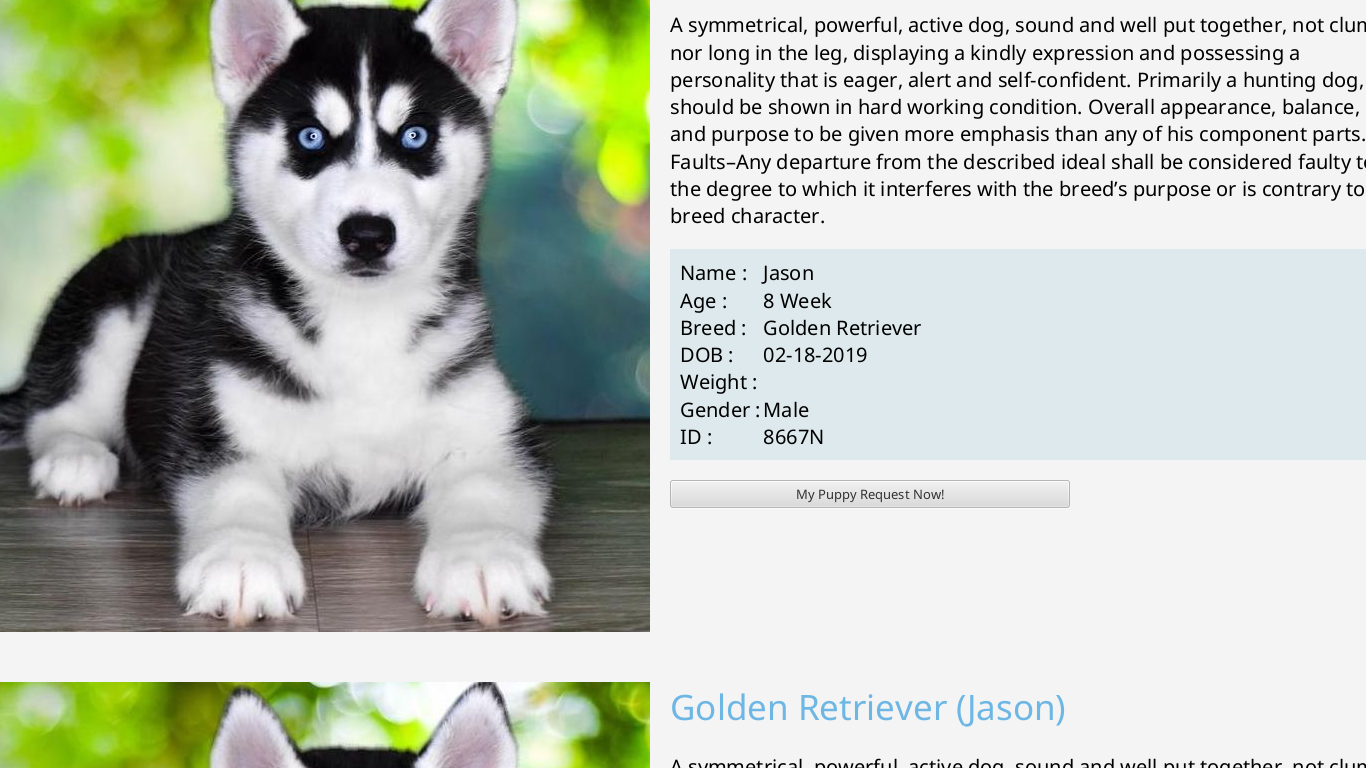
Repository: Cnibungco/CS2450
Program's window: java Assignment4/src/Nursery.java
An editor plug-in stored every save of this project. The program's window is shown before and after a run of saves, followed by the edit.
It runs on Java 21 on a 1366 x 768 screen with JavaFX 11; the title bar is not drawn. Parts beyond the screen are cut off. It also reads Assignment4/Pictures/dog1.jpg, Assignment4/Pictures/dog2.jpg.

Above is the program's window before, as saved 2019-04-28 21:01:25.

### Assignment4/src/Nursery.java
import javafx.application.Application;
import javafx.geometry.Insets;
import javafx.geometry.Pos;
import javafx.scene.Scene;
import javafx.stage.Stage;

import javafx.scene.layout.HBox;
import javafx.scene.layout.VBox;
import javafx.scene.text.Font;
import javafx.scene.text.Text;
import javafx.scene.control.Label;
import javafx.scene.control.ScrollPane;
import javafx.scene.image.Image;
import javafx.scene.image.ImageView;
import javafx.scene.control.Button;


public class Nursery extends Application {

	public static void main(String[] args) {
		// TODO Auto-generated method stub
		launch(args);

	}

	@Override
	public void start(Stage primaryStage) throws Exception {
		// TODO Auto-generated method stub


		Label addressLabel = new Label("24083 SD HWY 50 CHAMBERLAIN, SD, 57325");
		addressLabel.setStyle("-fx-text-fill: white");
		Label emailLabel = new Label("mkwessel@hotmail.com");
		emailLabel.setStyle("-fx-text-fill: white");
		Label phoneLabel = new Label("1-605-680-3097");
		phoneLabel.setStyle("-fx-text-fill: white");

		HBox header1 = new HBox(20, phoneLabel, emailLabel, addressLabel);
		header1.setPadding(new Insets(10));
		header1.setAlignment(Pos.TOP_RIGHT);
		header1.setStyle("-fx-background-color:#7cbcbb");


		Label name1 = new Label("Seberians of");
		name1.setStyle("-fx-font-size:35; -fx-text-fill:#14265b");
		Label name2 = new Label("the Heartland");
		name2.setStyle("-fx-font-size:35; -fx-text-fill:#14265b");
		VBox nameVBox = new VBox(name1, name2);

		Button homeButton = new Button("Home");
		homeButton.setStyle("-fx-text-fill:#14265b");
		Button nurseryButton = new Button("Nursery");
		nurseryButton.setStyle("-fx-text-fill:#14265b");
		Button first8WeeksButton = new Button("First 8 Weeks");
		first8WeeksButton.setStyle("-fx-text-fill:#14265b");
		Button heartlandAdultsButton = new Button("Hearland Adults");
		heartlandAdultsButton.setStyle("-fx-text-fill:#14265b");
		Button adultsForSaleButton = new Button("Adults for Sale");
		adultsForSaleButton.setStyle("-fx-text-fill:#14265b");
		Button puppyGaleeryButton = new Button("Puppy Gallery");
		puppyGaleeryButton.setStyle("-fx-text-fill:#14265b");
		Button kennelsButton = new Button("Kennels");
		kennelsButton.setStyle("-fx-text-fill:#14265b");
		Button ranchHistoryButton = new Button("Ranch History");
		ranchHistoryButton.setStyle("-fx-text-fill:#14265b");
		Button shotsFAQButton = new Button("Shorts/FAQ");
		shotsFAQButton.setStyle("-fx-text-fill:#14265b");
		Button contactButton = new Button("Contact Us");
		contactButton.setStyle("-fx-text-fill:#14265b");
		Button ourArea = new Button("Our Area");
		ourArea.setStyle("-fx-text-fill:#14265b");
		Button commnetsButton = new Button("Comments");
		commnetsButton.setStyle("-fx-text-fill:#14265b");

		HBox tabHBox = new HBox(homeButton, nurseryButton, first8WeeksButton, heartlandAdultsButton, adultsForSaleButton, puppyGaleeryButton, kennelsButton, ranchHistoryButton, shotsFAQButton, contactButton, ourArea, commnetsButton);
		tabHBox.setAlignment(Pos.CENTER_RIGHT);

		HBox header2 = new HBox (120, nameVBox, tabHBox);
		header2.setPadding(new Insets(15));

		Label availablePuppies = new Label("Available Puppies");
		availablePuppies.setStyle("-fx-font-size:40; -fx-text-fill:#ef709b");
		HBox availablePuppiesHBox = new HBox(availablePuppies);
		availablePuppiesHBox.setStyle("-fx-background-color:#e3eaea");
		availablePuppiesHBox.setAlignment(Pos.CENTER);
		availablePuppiesHBox.setPadding(new Insets(10));


		Image dog1Image = new Image("file:Pictures/dog1.jpg");
		ImageView dog1ImageView = new ImageView(dog1Image);

		Label goldenRetreverLabel = new Label("Golden Retriever (Jason)");
		goldenRetreverLabel.setStyle("-fx-font-size:35; -fx-text-fill:#6eb7e5");
		//goldenRetreverLabel.setFont(new Font(50));
		Text dog1Description = new Text("A symmetrical, powerful, active dog, sound and well put together, not clumsy \nnor long in the leg, displaying a kindly expression and possessing a \npersonality that is eager, alert and self-confident. Primarily a hunting dog, he\nshould be shown in hard working condition. Overall appearance, balance, gait \nand purpose to be given more emphasis than any of his component parts. \nFaults–Any departure from the described ideal shall be considered faulty to\nthe degree to which it interferes with the breed’s purpose or is contrary to\nbreed character.");
		dog1Description.setFont(new Font(20));


		Text dog1NationalCity = new Text("Name :\tJason\nAge :\t8 Week\nBreed :\tGolden Retriever\nDOB :\t02-18-2019\nWeight :\nGender :\tMale\nID :\t\t8667N");
		dog1NationalCity.setStyle("-fx-font-size:20");

		Button dog1RequestButton = new Button("My Puppy Request Now!");
		dog1RequestButton.setMinWidth(400);
		//dog1RequestButton.setStyle("-fx-background-color:#3da8ce");

		VBox dog1NationalCityVBox = new VBox(dog1NationalCity);
		dog1NationalCityVBox.setPadding(new Insets(10));
		dog1NationalCityVBox.setStyle("-fx-background-color:#dee9ed");

		VBox dog1DesVBox = new VBox(20, goldenRetreverLabel, dog1Description,dog1NationalCityVBox, dog1RequestButton);

		HBox dog1HBox = new HBox(20, dog1ImageView, dog1DesVBox);
		dog1HBox.setPadding(new Insets(20));


		Image dog2Image = new Image("file:Pictures/dog1.jpg");
		ImageView dog2ImageView = new ImageView(dog2Image);

		Label goldenRetrever2Label = new Label("Golden Retriever (Jason)");
		goldenRetrever2Label.setStyle("-fx-font-size:35; -fx-text-fill:#6eb7e5");
		//goldenRetreverLabel.setFont(new Font(50));
		Text dog2Description = new Text("A symmetrical, powerful, active dog, sound and well put together, not clumsy \nnor long in the leg, displaying a kindly expression and possessing a \npersonality that is eager, alert and self-confident. Primarily a hunting dog, he\nshould be shown in hard working condition. Overall appearance, balance, gait \nand purpose to be given more emphasis than any of his component parts. \nFaults–Any departure from the described ideal shall be considered faulty to\nthe degree to which it interferes with the breed’s purpose or is contrary to\nbreed character.");
		dog2Description.setFont(new Font(20));

		Text dog2NationalCity = new Text("Name :\tJason\nAge :\t8 Week\nBreed :\tGolden Retriever\nDOB :\t02-18-2019\nWeight :\nGender :\tMale\nID :\t\t8667N");
		dog2NationalCity.setStyle("-fx-font-size:20");

		Button dog2RequestButton = new Button("My Puppy Request Now!");
		dog2RequestButton.setMinWidth(400);
		//dog1RequestButton.setStyle("-fx-background-color:#3da8ce");

		VBox dog2NationalCityVBox = new VBox(dog2NationalCity);
		dog2NationalCityVBox.setPadding(new Insets(10));
		dog2NationalCityVBox.setStyle("-fx-background-color:#dee9ed");

		VBox dog2DesVBox = new VBox(20, goldenRetrever2Label, dog2Description,dog2NationalCityVBox, dog2RequestButton);

		HBox dog2HBox = new HBox(20, dog2ImageView, dog2DesVBox);
		dog2HBox.setPadding(new Insets(20));

		VBox bodyVBox = new VBox(10, dog1HBox, dog2HBox);

		ScrollPane scrollPane = new ScrollPane(bodyVBox);
		scrollPane.setFitToHeight(true);

		VBox vbox = new VBox(header1, header2, availablePuppiesHBox, scrollPane);
		scrollPane.setFitToHeight(true);
		Scene scene = new Scene(vbox);
		primaryStage.setScene(scene);
		primaryStage.show();


	}

}

After the next 2 saves:
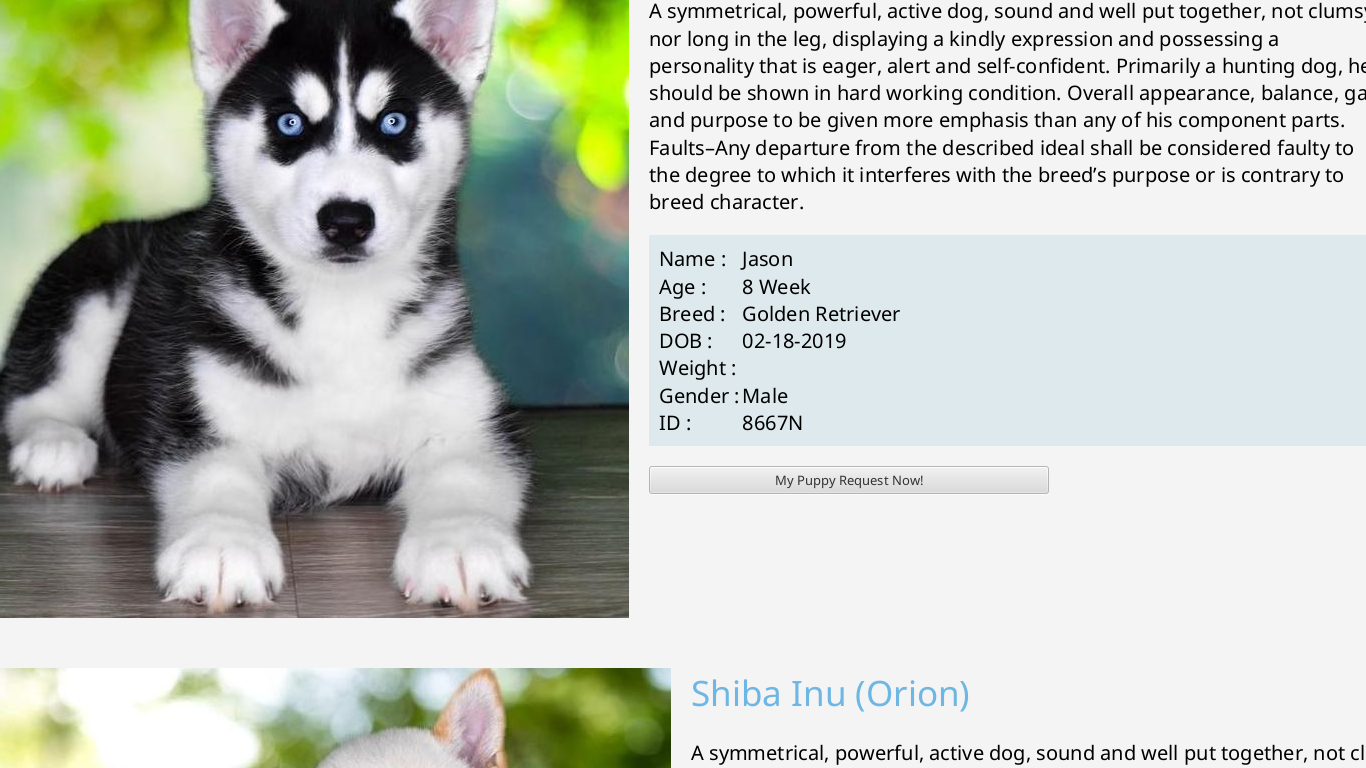
The 2 saves are shown as one change because 1 did not build or start.
The last was saved 6 min 18 s later.
--- a/Assignment4/src/Nursery.java
+++ b/Assignment4/src/Nursery.java
@@ -113,11 +113,11 @@
 		dog1HBox.setPadding(new Insets(20));
 
 
-		Image dog2Image = new Image("file:Pictures/dog1.jpg");
+		Image dog2Image = new Image("file:Pictures/dog2.jpg");
 		ImageView dog2ImageView = new ImageView(dog2Image);
 
-		Label goldenRetrever2Label = new Label("Golden Retriever (Jason)");
-		goldenRetrever2Label.setStyle("-fx-font-size:35; -fx-text-fill:#6eb7e5");
+		Label shibaLabel = new Label("Shiba Inu (Orion)");
+		shibaLabel.setStyle("-fx-font-size:35; -fx-text-fill:#6eb7e5");
 		//goldenRetreverLabel.setFont(new Font(50));
 		Text dog2Description = new Text("A symmetrical, powerful, active dog, sound and well put together, not clumsy \nnor long in the leg, displaying a kindly expression and possessing a \npersonality that is eager, alert and self-confident. Primarily a hunting dog, he\nshould be shown in hard working condition. Overall appearance, balance, gait \nand purpose to be given more emphasis than any of his component parts. \nFaults–Any departure from the described ideal shall be considered faulty to\nthe degree to which it interferes with the breed’s purpose or is contrary to\nbreed character.");
 		dog2Description.setFont(new Font(20));
@@ -133,7 +133,7 @@
 		dog2NationalCityVBox.setPadding(new Insets(10));
 		dog2NationalCityVBox.setStyle("-fx-background-color:#dee9ed");
 
-		VBox dog2DesVBox = new VBox(20, goldenRetrever2Label, dog2Description,dog2NationalCityVBox, dog2RequestButton);
+		VBox dog2DesVBox = new VBox(20, shibaLabel, dog2Description,dog2NationalCityVBox, dog2RequestButton);
 
 		HBox dog2HBox = new HBox(20, dog2ImageView, dog2DesVBox);
 		dog2HBox.setPadding(new Insets(20));
